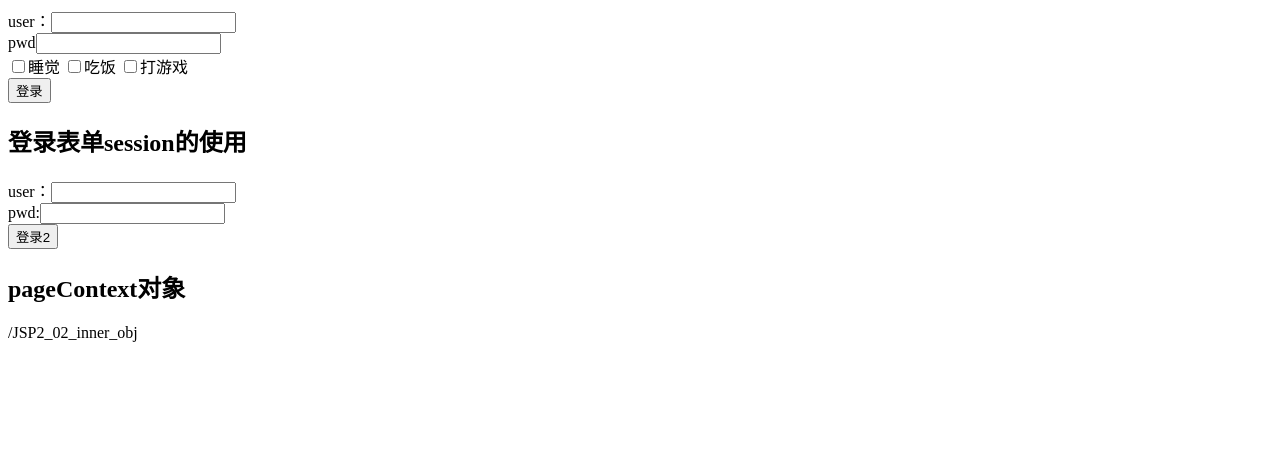
Repository: 0qiqi0/DOM-CSS-JS-JSP-study
Page: http://localhost/JSP2_02_inner_obj/request.jsp
An editor plug-in stored every save of this project. The page is shown before and after the next save, followed by the edit.
The browser window is 1280 px wide. The pictures show the whole page.
The page is served by Tomcat 9.

Above is the page before, as saved 2016-01-29 12:52:12.

After the next save:
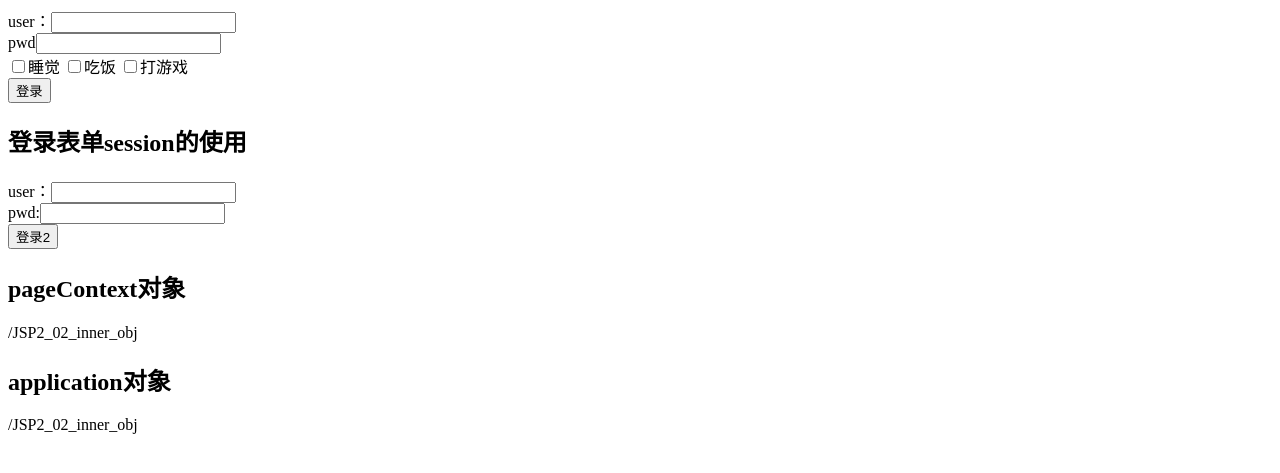
Saved 5 min 38 s later.
--- a/JSP2_02_inner_obj/WebContent/request.jsp
+++ b/JSP2_02_inner_obj/WebContent/request.jsp
@@ -33,5 +33,11 @@
 		String path=request.getContextPath();
 		out.println(path);
 	%>
+
+	<h2>application对象</h2>
+	<%
+		String serverpath=application.getContextPath();
+		out.println(serverpath);
+	%>
 </body>
 </html>
